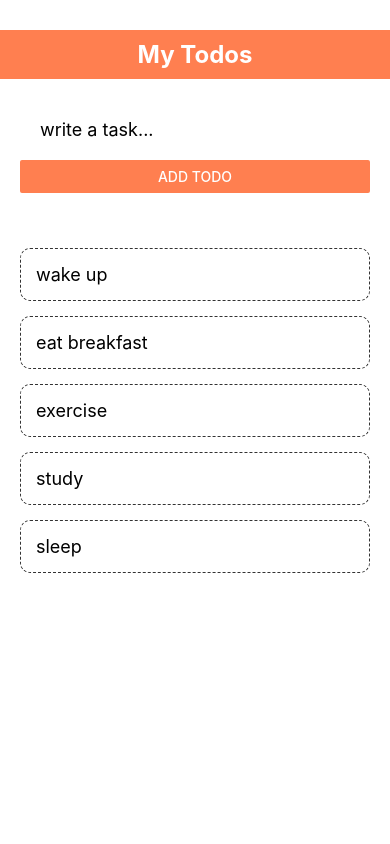
Repository: shiv0403/React-native-tutorial
Screen: /
The author's editor kept a copy of each file at every save. The screen is drawn from the files as they stood at one save, then again after a run of saves.
The app was drawn by React Native's web renderer in a window 390 px wide. The project was rebuilt for these pictures with package versions that can differ from the ones it lists, and the page was loaded fresh each time. Also part of the build but not shown: components/Flex.js.

Above is the screen before, as saved 2021-02-11 12:15:07.

After the next 2 saves:
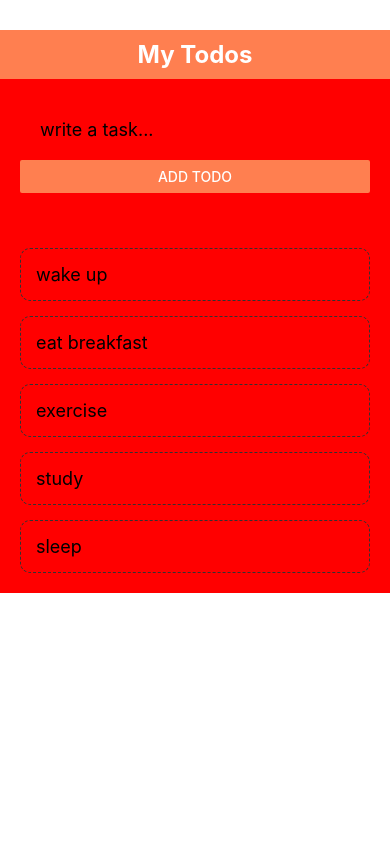
The 2 saves are shown as one change because they came seconds apart.
The last was saved 14 s later.
--- a/App.js
+++ b/App.js
@@ -71,11 +71,9 @@
   },
   content: {
     display: "flex",
+    backgroundColor: "red",
   },
   list: {
     margin: 20,
   },
-  form: {
-    backgroundColor: "red",
-  },
 });

After the save that followed:
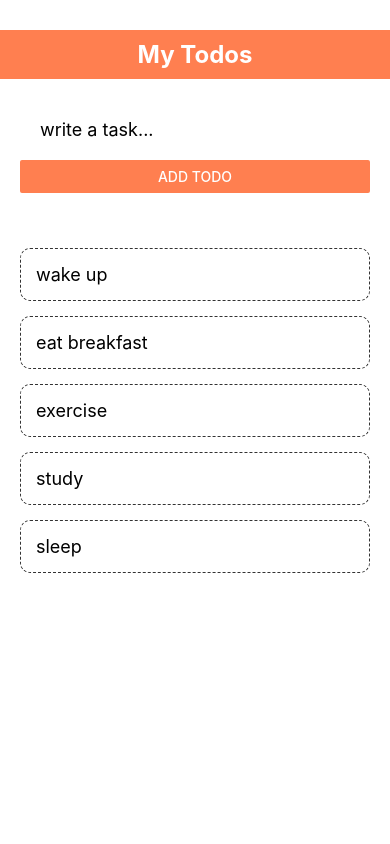
Saved 10 s later.
--- a/App.js
+++ b/App.js
@@ -71,7 +71,6 @@
   },
   content: {
     display: "flex",
-    backgroundColor: "red",
   },
   list: {
     margin: 20,
